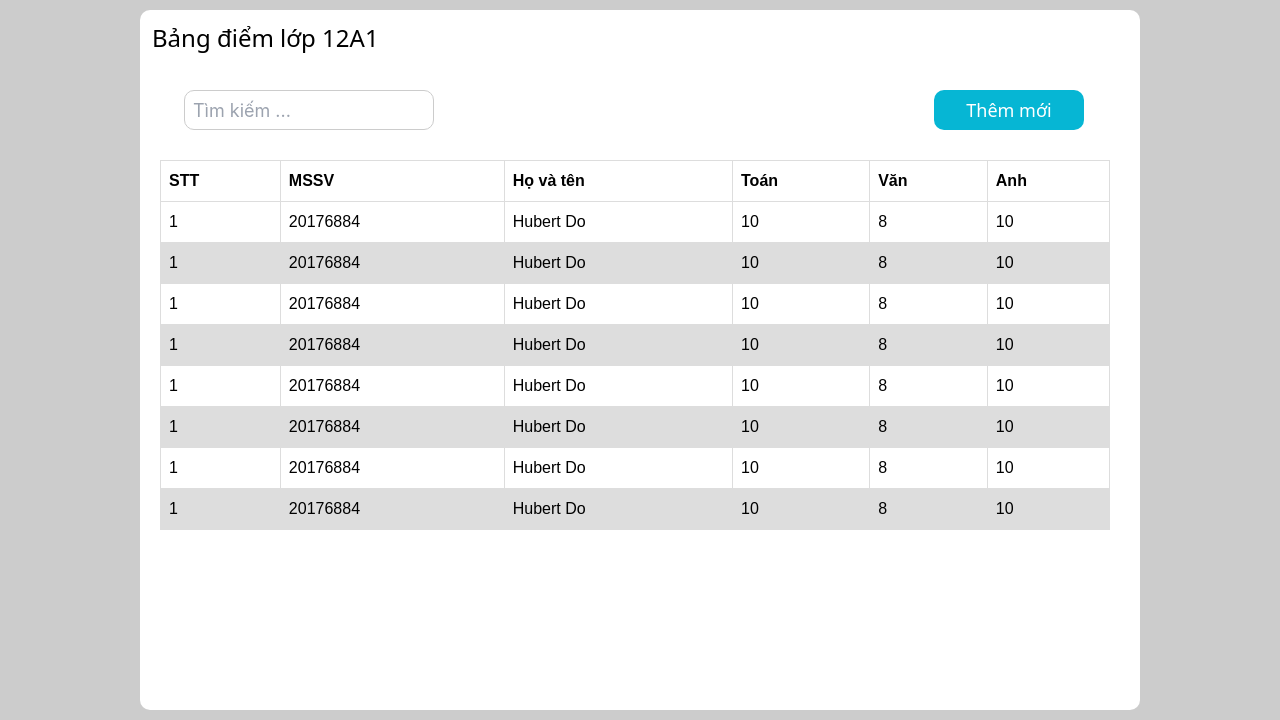
Repository: doducthuan/ReactJS-Movie
Page: /
These files come from the project's save history. The page is drawn as it stood at one moment and after the next save; the edit follows.
The browser window is 1280 px wide. The pictures show the whole page.
The project was rebuilt for these pictures with package versions that can differ from the ones it lists, and the page was loaded fresh each time. Also part of the build but not shown: src/App.css.

Above is the page before, as saved 2024-01-13 07:42:31.

After the next save:
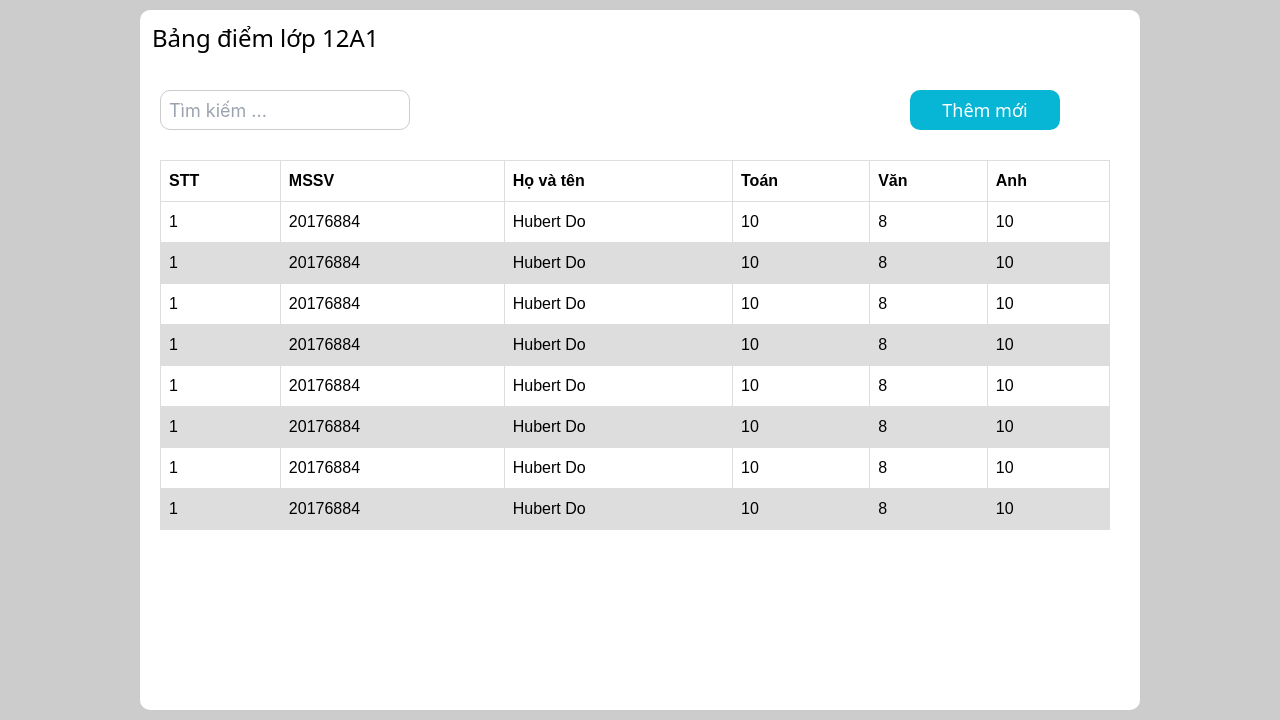
Saved 44 s later.
--- a/src/components/students/Students.js
+++ b/src/components/students/Students.js
@@ -20,7 +20,7 @@ const Students = () => {
             <div className="border-data">
                 <p className="font-sans text-2xl ml-3 mt-3">Bảng điểm lớp 12A1</p>
                 <div className="table-data">
-                    <div className="search-add mt-9 ml-6 mr-6 flex">
+                    <div className="search-add mt-9 flex">
                         <input className="search-all text-lg" placeholder='Tìm kiếm ...' />
                         <button className="add-student font-sans text-lg bg-cyan-500 hover:bg-cyan-600 text-white">Thêm mới</button>
                     </div>
